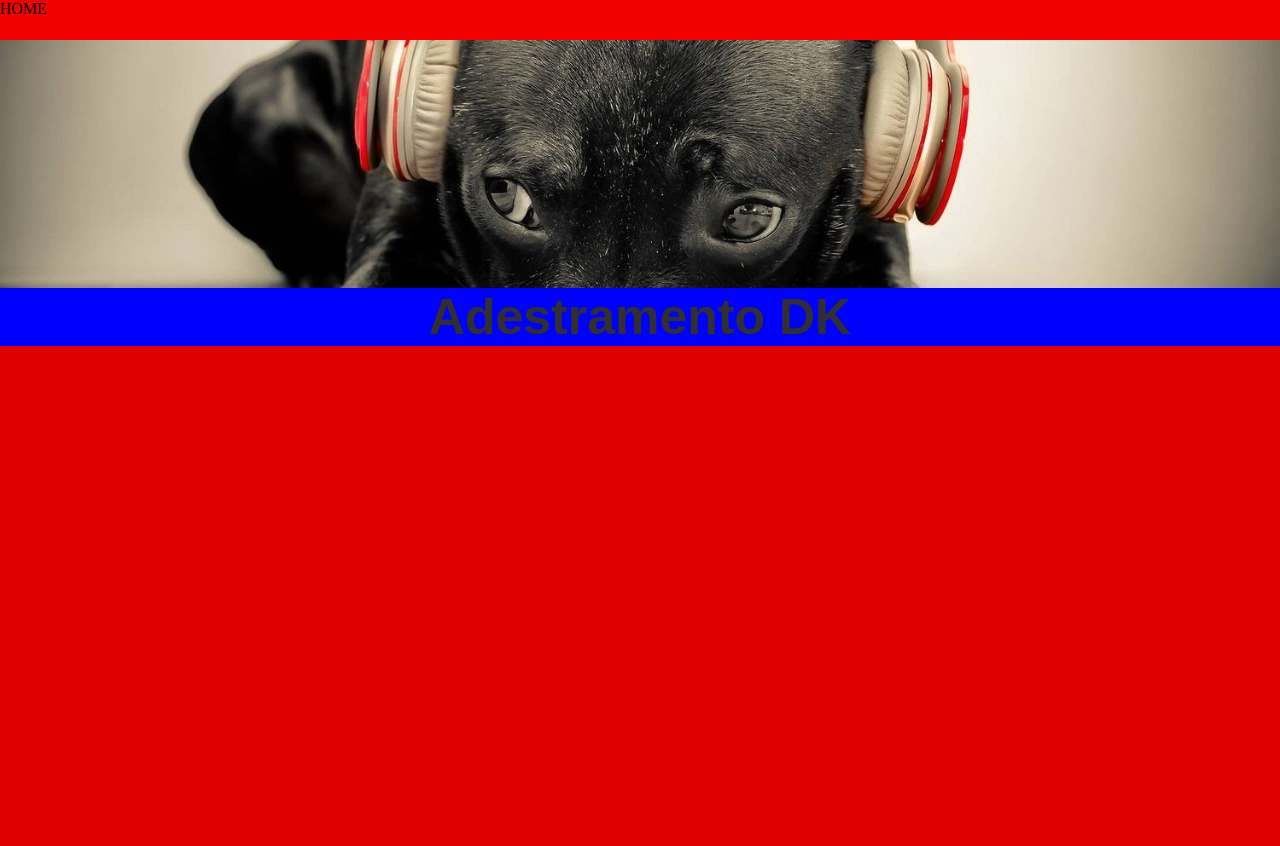
Repository: KevynMarques/Blog-React-StyledComponent
Page: /
These files come from the project's save history. The page is drawn as it stood at one moment and after the next save; the edit follows.
The browser window is 1280 px wide. The pictures show the whole page.
The project was rebuilt for these pictures with package versions that can differ from the ones it lists, and the page was loaded fresh each time.

Above is the page before, as saved 2022-01-28 12:36:09.

### src/App.js
import Header from './Components/Header/index'
import Home from './Components/Home';
import Sobre from './Components/Sobre';

import { GlobalStyle } from './GlobalStyle';

function App() {
  return (
    <>
    <GlobalStyle/>
    <Home />
    <Header />
    <Sobre />
    </>
  );
}

export default App;

### src/Components/Header/index.jsx
import { Baner } from "./style";
import Dog from './Image/Dog.png'

export default () => {

  return (

    <>
      <Baner>
       <img src={Dog} />
     </Baner>
    </>

  );

}

### src/Components/Home/index.jsx
import { Home } from "./Style"

export default () => {
  return (

    <Home>
      HOME
    </Home>
  );
}

### src/Components/Sobre/index.jsx
import { Sobre, Tittle } from "./style"

export default () => {
  return (
<>
  <Tittle> Adestramento DK </Tittle>
  <Sobre> </Sobre>
</>

  );
}

### src/GlobalStyle.js
import { createGlobalStyle } from 'styled-components';

 export const GlobalStyle = createGlobalStyle`
  body {
    margin: 0;
    padding: 0;
    box-sizing: border-box;
  }
`;

### src/Components/Header/style.jsx
import styled from "styled-components";

export const Baner= styled.div `
  width: 100vw;
  height: 40vh;


    img {
    width: 100%;
    height: 100%;
    object-fit: cover;

    }
`;

### src/Components/Home/Style.jsx
import styled from "styled-components";


export const  Home  = styled.div `
     width: 100vw;
     height: 40px;
     background-color: #f30000;
     position: fixed;
     z-index: 99999;

`;

### src/Components/Sobre/style.jsx
import styled from "styled-components";


export const Tittle = styled.h1`
@import url('https://fonts.googleapis.com/css2?family=Prompt:ital,wght@1,300&display=swap');
color: #312f2f;
font-size: 50px;
font-family: 'Prompt', sans-serif;
text-align: center;
background-color: blue;
margin: 0;
`;

export const  Sobre  = styled.div `

  width: 100vw;
  height: 500px;
  background-color: #df0000;
  overflow-x: none;

`;

Loaded but not shown: public/index.html (common file); src/index.js (common file)

After the next save:
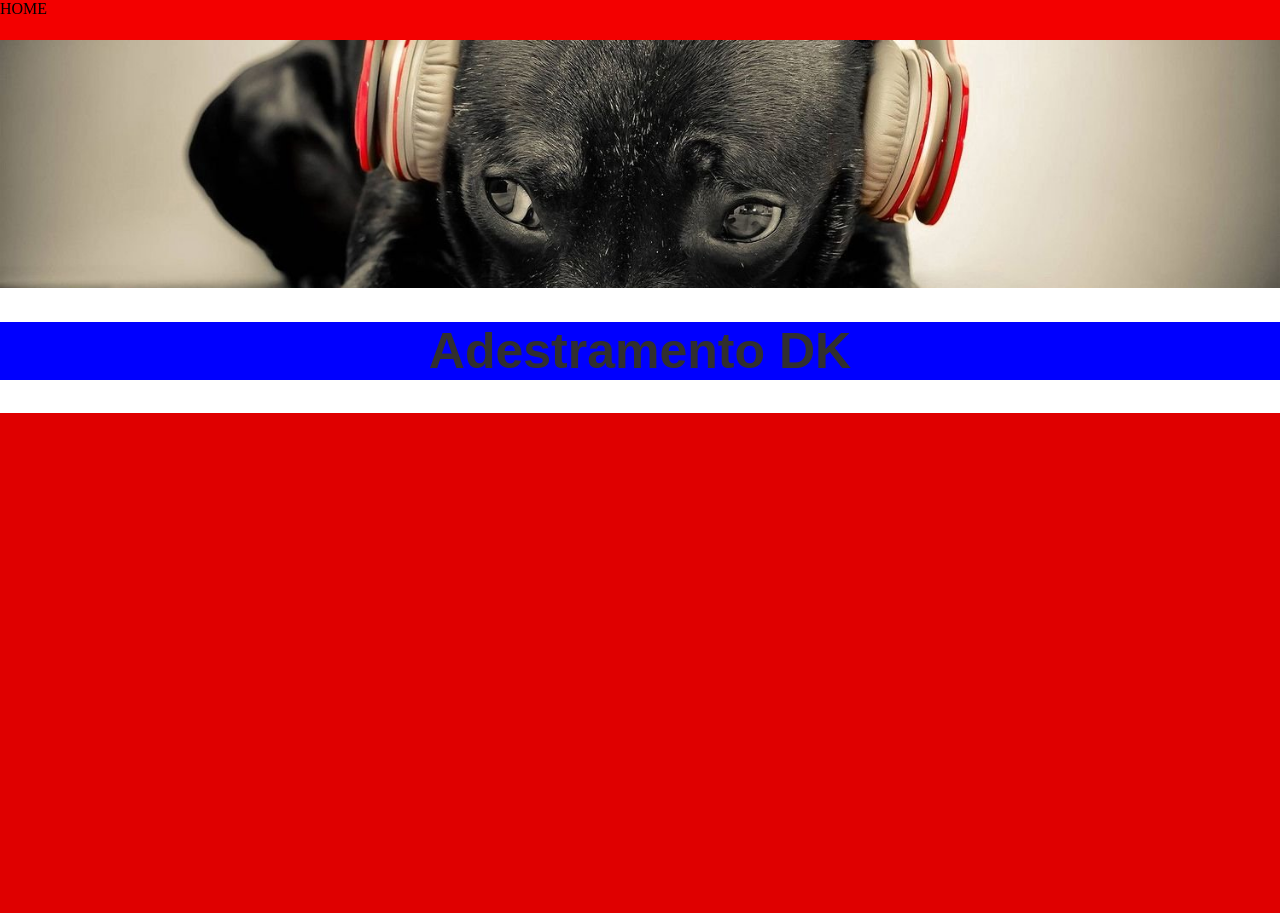
Saved 8 s later.
--- a/src/Components/Sobre/style.jsx
+++ b/src/Components/Sobre/style.jsx
@@ -8,7 +8,7 @@ font-size: 50px;
 font-family: 'Prompt', sans-serif;
 text-align: center;
 background-color: blue;
-margin: 0;
+overflow-x: none;
 `;
 
 export const  Sobre  = styled.div `

After the 6 saves that followed:
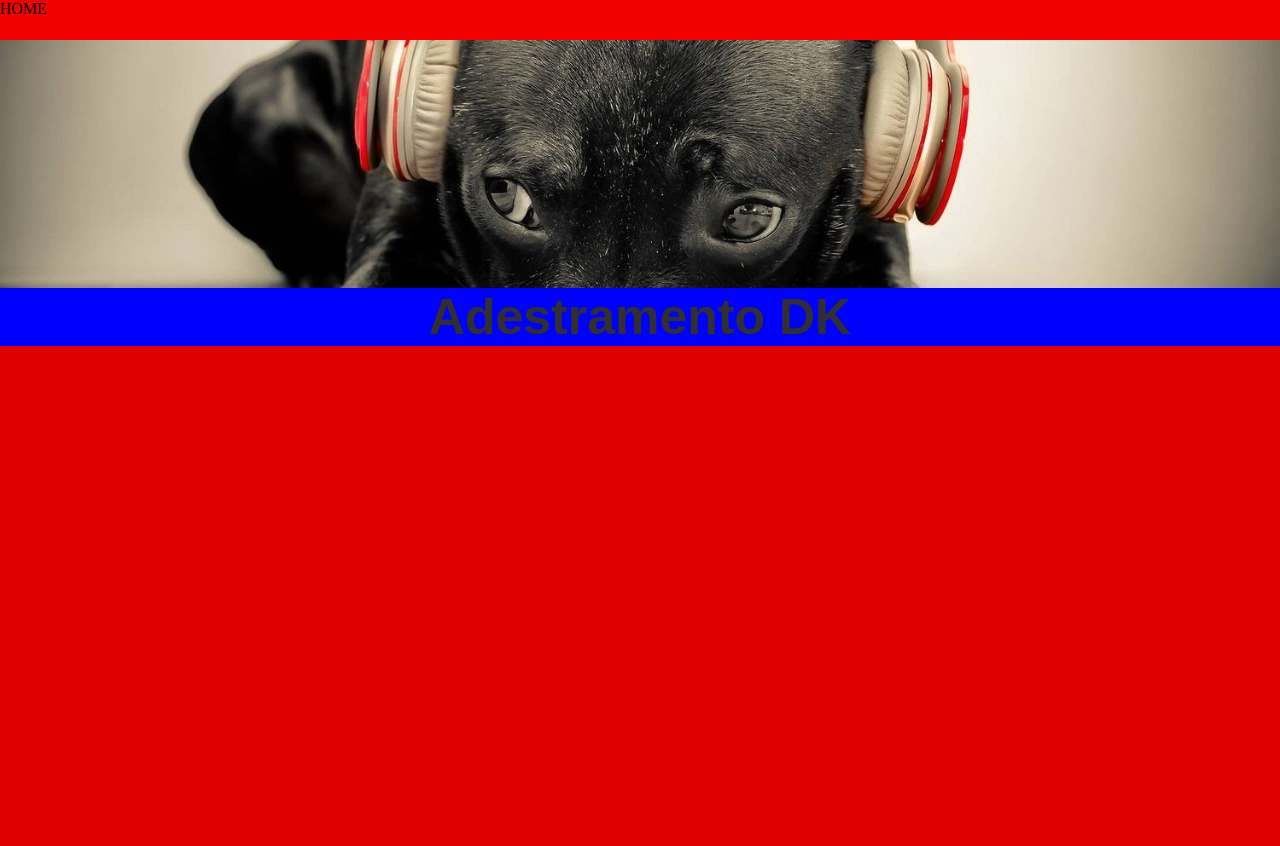
The 6 saves are shown as one change because 1 left the picture as it was and some came seconds apart.
The last was saved 46 s later.
--- a/src/Components/Sobre/style.jsx
+++ b/src/Components/Sobre/style.jsx
@@ -3,19 +3,17 @@ import styled from "styled-components";
 
 export const Tittle = styled.h1`
 @import url('https://fonts.googleapis.com/css2?family=Prompt:ital,wght@1,300&display=swap');
+
 color: #312f2f;
 font-size: 50px;
 font-family: 'Prompt', sans-serif;
 text-align: center;
 background-color: blue;
-overflow-x: none;
+margin: 0;
 `;
 
 export const  Sobre  = styled.div `
-
   width: 100vw;
   height: 500px;
   background-color: #df0000;
-  overflow-x: none;
-
 `;
